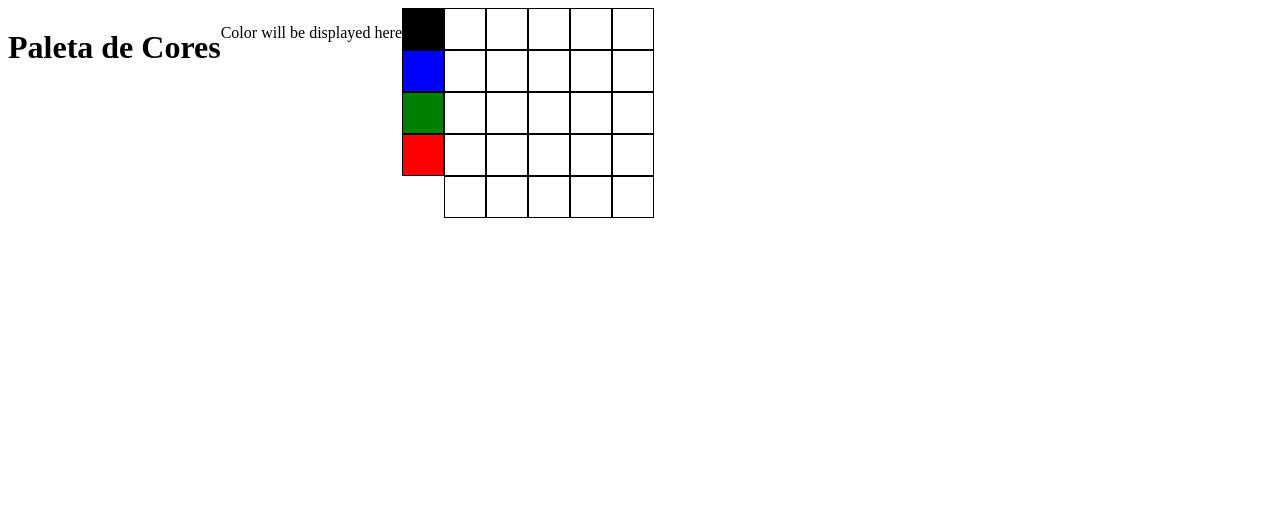
Repository: MuriloColleti/project-Pixer-Art
Page: index.html
The author's editor kept a copy of each file at every save. The page is drawn from the files as they stood at one save, then again after the next save.
The browser window is 1280 px wide. The pictures show the whole page.

Above is the page before, as saved 2024-02-16 15:08:22.

### index.html
<!DOCTYPE html>
<html lang="en">
<head>
    <meta charset="UTF-8">
    <meta name="viewport" content="width=device-width, initial-scale=1.0">
    <link rel="stylesheet" href="style.css">
    <title>Paleta de Cores</title>
</head>

<body>
    <header> <h1 id="title"> Paleta de Cores </h1> </header>

    <p id="colorDisplay">Color will be displayed here</p>

<div id="pallet-container">
    <div class="square black color"></div>
    <div class="square blue color"></div>
    <div class="square green color"></div>
    <div class="square red color"></div>
</div>
    <main id="pixel-board"></main>

</body>

<script src="script.js" defer></script>

</html>

### style.css
.black {
  background-color: black;
}

.blue {
  background-color: blue;
}

.red {
  background-color: red;
}

.green {
  background-color: green;
}

.square {
  width: 40px;
  height: 40px;
  border: 1px solid black;
}

#color-palette {
  display: flex;
  margin-bottom: 1rem;
}

.pixel {
  width: 40px;
  height: 40px;
  border: 1px solid black;
  display: flex;
  background-color: white;
}

#pixel-board {
  display: flex;
  flex-direction: column;
  justify-content: center;

}

.line {
  display: flex;
}

body {
  display: flex;
}

### script.js
const pixeltable = document.getElementById('pixel-board');
const colorPallet = document.getElementById('pallet-container')
let currentColor = 'black';

const colorElements = document.querySelectorAll('.color');
const colorDisplay = document.getElementById('colorDisplay');


for (linha = 0; linha < 5; linha += 1) {

    let newLine = document.createElement('div')
    newLine.classList.add('line')
    pixeltable.appendChild(newLine);

    for (pixel = 0; pixel < 5; pixel += 1) {
        let newPixel = document.createElement('div')
        newPixel.classList.add('pixel')
        newPixel.addEventListener('click', paintPixel);
        newLine.appendChild(newPixel)
    }
}

colorElements.forEach((colorElement) => {
    colorElement.addEventListener('click', (event) => {
        const backgroundColor = getComputedStyle(event.target).backgroundColor;

        colorDisplay.textContent = `Color: ${backgroundColor}`

        currentColor = backgroundColor
    });
});



function paintPixel(event) {
    event.target.style.backgroundColor = currentColor;
}

After the next save:
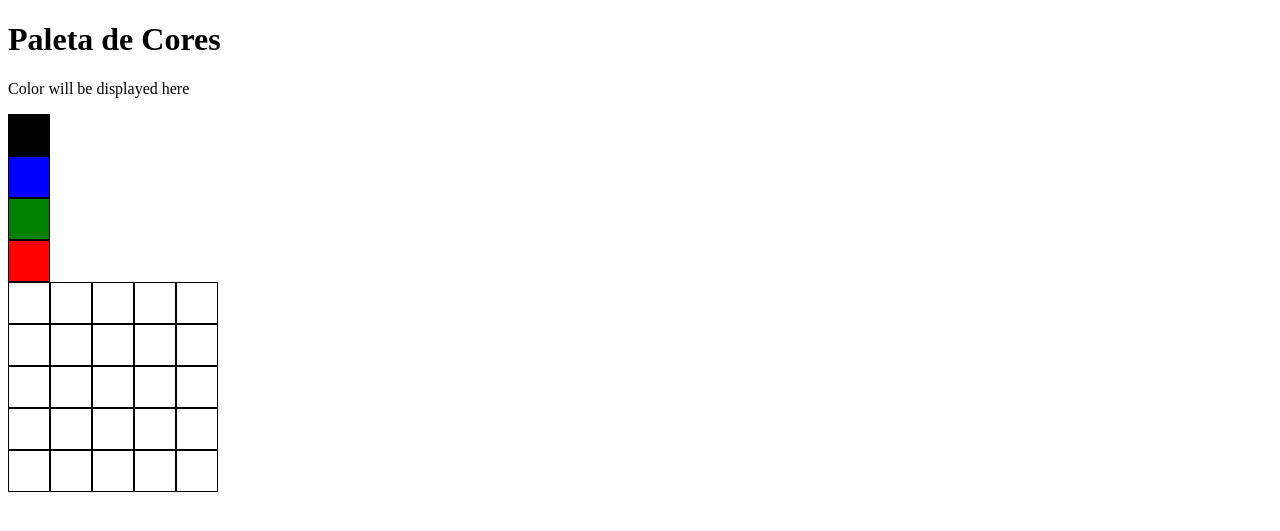
Saved 11 s later.
--- a/style.css
+++ b/style.css
@@ -44,6 +44,4 @@
   display: flex;
 }
 
-body {
-  display: flex;
-}
+body {}
